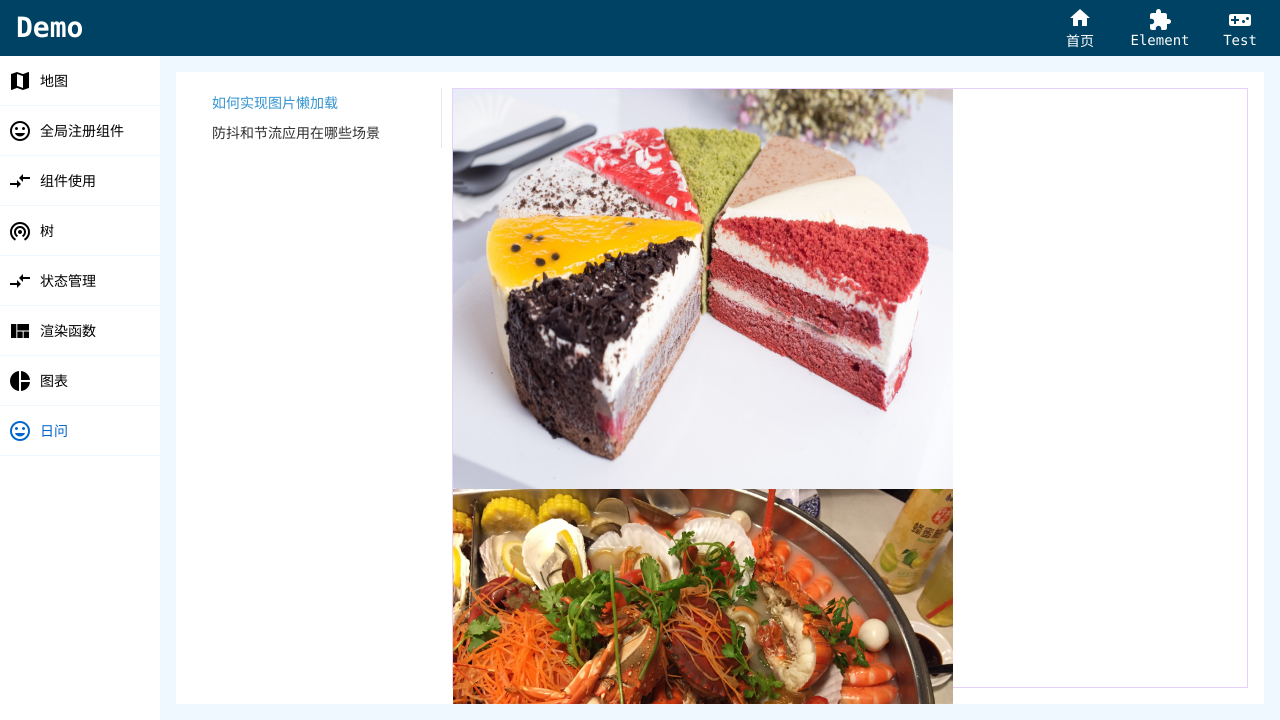
Repository: zh-webliker/element-vue
Page: /lazyLoadingInmg
An editor plug-in stored every save of this project. The page is shown before and after the next save, followed by the edit.
The browser window is 1280 px wide. The pictures show the whole page.
An inner scrolling area shows only its first screen. The project was rebuilt for these pictures with package versions that can differ from the ones it lists, and the page was loaded fresh each time. Also part of the build but not shown: vue.config.js, src/components/baseComponts/Basebutton.vue, src/components/baseComponts/Basetitle.vue. Imported but missing from the stored project, and not drawn on this page: src/json/contour, src/json/hl.

Above is the page before, as saved 2020-10-09 16:19:50.

### public/index.html
<!DOCTYPE html>
<html lang="en">
  <head>
    <meta charset="utf-8">
    <meta http-equiv="X-UA-Compatible" content="IE=edge">
    <meta name="viewport" content="width=device-width,initial-scale=1.0">
    <link rel="icon" href="<%= BASE_URL %>favicon.ico">
    <title>demo</title>

  </head>
  <body>
    <noscript>
      <strong>We're sorry but demo doesn't work properly without JavaScript enabled. Please enable it to continue.</strong>
    </noscript>
    <div id="app"></div>
    <!-- built files will be auto injected -->
  </body>
</html>

### src/main.js
import Vue from 'vue'
import App from './App.vue'
import router from './router'
import store from './store/store'

import './style/style.scss'
import 'material-icons'

/***
 * 初始化axios
 * https://www.kancloud.cn/yunye/axios/234845
 */
import axios from 'axios'
axios.defaults.baseURL = process.env.NODE_ENV === 'production' ? '/' : '/api';
axios.defaults.headers.withCredentials = true;
Vue.prototype.$axios = axios;

// import './style/test.scss'

/**
 * element
 * */
import Element from 'element-ui'
import './style/element-variables.scss'
Vue.use(Element);


Vue.config.productionTip = false;

// import upperFirst from 'lodash/upperFirst'
// import camelCase from 'lodash/camelCase'

// const requireComponent = require.context(
//   // 其组件目录的相对路径
//   // '../src/components/baseComponts',
//   './components/baseComponts',
//   // 是否查询其子目录
//   false,
//   // 匹配基础组件文件名的正则表达式
//   /Base[A-Z]\w+\.(vue|js)$/
// )
// console.log(requireComponent.keys())
// requireComponent.keys().forEach(fileName => {
//   // 获取组件配置
//   const componentConfig = requireComponent(fileName)
//   // 这个地方直接传入filename其实就是内部会调用了resolve方法，会返回对应的文件内容（不理解可以console一下看看）
//   // 获取组件的 PascalCase 命名
//   const componentName = upperFirst(
//     camelCase(
//       // 获取和目录深度无关的文件名
//       fileName
//         .split('/')
//         .pop()
//         .replace(/\.\w+$/, '')
//     )
//   )

//   // 全局注册组件
//   Vue.component(
//     componentName,
//     // 如果这个组件选项是通过 `export default` 导出的，
//     // 那么就会优先使用 `.default`，
//     // 否则回退到使用模块的根。
//     componentConfig.default || componentConfig
//   )
// })
import Basebutton from './components/baseComponts/Basebutton.vue'
import Basetitle from './components/baseComponts/Basetitle.vue'
Vue.component('Basebutton', Basebutton)
Vue.component('Basetitle', Basetitle)
new Vue({
  router,
  store,
  render: h => h(App)
}).$mount('#app');

### src/App.vue
<template>
  <div id="app">

    <!--header标签和下面的nav标签，是H5新增的标签，相当于有语义的div-->
    <header class="header">

      <h1>{{appName}}</h1>

      <nav>

        <!--router-link是vue自带组件，用于项目内跳转，会编译成a标签-->
        <router-link to="/Main">
          <i class="material-icons">home</i>
          <span>首页</span>
        </router-link>
        <router-link to="/Element">
          <i class="material-icons">extension</i>
          <span>Element</span>
        </router-link>

        <router-link to="/Test">
          <i class="material-icons">videogame_asset</i>
          <span>Test</span>
        </router-link>
        <!--<router-link to="/">
          <i class="material-icons">logout</i>
          <span>退出</span>
        </router-link>-->
      </nav>
    </header>

    <router-view/>

  </div>
</template>

<script>
  const appName = "Demo";

  export default ({
    name: "App",
    data(){
      return {
        appName
      }
    }
  })

</script>

<style lang="scss">

</style>

### src/router.js
import Vue from 'vue'
import Router from 'vue-router'

Vue.use(Router);

export default new Router({
  mode: 'history',
  routes: [
    {
      path: "/",
      redirect: "/Main"
    },
    {
      name: "Main",
      path: "/Main",
      component: ()=> import('./views/main/Main.vue'),
      children: [
        {
          path: "/",
          redirect: "/Main/Map"
        },
        {
          //在router-link跳转中，如果路由设置了name，也可以用name替代path
          name: "Map",
          path: "/Main/Map",
          component: ()=> import('./views/main/Map.vue')
        },
        {
          name: "Icon",
          path: "/Main/Icon",
          component: ()=> import('./views/main/Icon.vue')
        },
        {
          name: "Tree",
          path: "/Main/Tree",
          component: ()=> import('./views/main/Tree.vue')
        },
        {
          name: "Storage",
          path: "/Main/Storage",
          component: ()=> import('./views/main/Storage.vue')
        },
        {
          name: "Storage2",
          path: "/Main/Storage2",
          component: ()=> import('./views/main/Storage2.vue')
        },
        {
          name: "Deliver",
          path: "/Main/Deliver",
          component: ()=> import('./views/main/Deliver.vue')
        },
        {
          name: "Charts",
          path: "/Main/Charts",
          component: ()=> import('./views/main/Charts.vue')
        },
        {
          name: "dailyQuestion",
          path: "/dailyQuestion",
          component: ()=> import('./views/main/dailyQuestion.vue'),
          children: [
            {
              name: "lazyLoadingInmg",
              path: "/lazyLoadingInmg",
              component: ()=> import('./components/dailyQuestion/lazyLoadingInmg.vue')
            },
            {
              name: "debounce",
              path: "/debounce",
              component: ()=> import('./components/dailyQuestion/debounce.vue')
            },
          ]
        }
      ]
    },
    {
      name: "Element",
      path: "/Element",
      component: ()=> import('./views/element/ElementMain.vue'),
      children: [
        {
          path: "/",
          redirect: "/Element/Table"
        },
        {
          name: "Table",
          path: "/Element/Table",
          component: ()=> import('./views/element/Table.vue'),
        },
        {
          name: "Tab",
          path: "/Element/Tab",
          component: ()=> import('./views/element/Tab.vue'),
        },
        {
          name: "Form",
          path: "/Element/Form",
          component: ()=> import('./views/element/Form.vue'),
        },
        {
          name: "Tree",
          path: "/Element/Tree",
          component: ()=> import('./views/element/Tree.vue'),
        }
      ]
    },

    {
      name: "Test",
      path: "/Test",
      component: ()=> import('./views/test/Test.vue'),
      redirect: "/Test/Mixin",

      children:[
        {
          name: "Mixin",
          path: "/Test/Mixin",
          component: ()=> import('./views/test/mixins/Index.vue')
        },
        {
          name: "DraggableModule",
          path: "/Test/DraggableModule",
          component: ()=> import('./views/test/draggable/DraggableModule.vue')
        }
      ]
    },

    //把404页面放到最后匹配剩下的全部页面
    {
      name: "404",
      path: "*",
      component: ()=> import('./views/404.vue'),
    }

  ]
})

### src/store/store.js
import Vue from 'vue'
import Vuex from 'vuex'

import StorageStore from './StorageStore'

Vue.use(Vuex);

export default new Vuex.Store({
  state: {

  },
  mutations: {

  },
  actions: {

  },

  //引入模组store
  modules: {
    storage: StorageStore
  }
})

### src/style/style.scss


/*theme*/
$primaryColor: #0065cb;
$primaryTextColor: white;
$primaryBgColor: #004264;
$bgColor: white;

/*global*/
a {
  text-decoration: none;
  color: inherit;
}
.page {
  position: absolute;
  top: 56px;
  bottom: 0;
  left: 0;
  right: 0;
  background-color: aliceblue;
}


/*body*/
body{
  padding: 0; margin: 0;
  font-family: 'Consolas', 'Microsoft YaHei UI';
  font-size: 14px;
}

/*header*/
header {
  background-color: $primaryBgColor;
  color: $primaryTextColor;
  padding: 0 16px;
  position: relative;
  height: 56px;

  h1 {
    margin: 0;
    line-height: 56px;
  }

  nav {
    position: absolute;
    right: 0;
    top: 0;
    height: 100%;
    cursor: pointer;
    display: flex;
    justify-content: center;

    a {
      display: inline-flex;
      width: 80px;
      height: 100%;
      justify-content: center;
      flex-direction: column;
      text-align: center;

      &:hover{
        background-color: rgba(255,255,255,0.1);
      }

      &.router-link-active{
        background-color: rgba(255,255,255,0.4);
      }
    }
  }
}

/*left navbar*/
.left-nav {
  position: absolute;
  width: 160px;
  top: 0;
  bottom: 0;
  left: 0;
  background-color: white;
  //color: $primaryTextColor;


  a {
    position: relative;
    display: flex;
    width: 100%;
    height: 50px;
    cursor: pointer;

    &:hover{
      //background-color: rgba(100,100,100,0.1);
      color: rgb(100,100,100);
    }
    &.router-link-active{
      //background-color: rgba(0,0,0,0.1);
      color: $primaryColor;
    }
    &:after{
      content: "";
      position: absolute;
      bottom: 0;
      width: 100%;
      height: 1px;
      //transform: scaleY(0.5);
      background-color: aliceblue;
    }

    i {
      line-height: 50px;
      width: 40px;
      text-align: center;
      font-size: 24px;
    }
    span {
      line-height: 50px;
      font-size: 14px;
    }

  }
}


.page-content {
  position: absolute;
  left: 160px;
  top: 0;
  bottom: 0;
  right: 0;
  //background-color: aliceblue;
  margin: 16px;
  padding: 16px;
  background-color: white;
  overflow-y: auto;
  overflow-x: auto;

  article{
    padding-bottom: 80px;
  }
}

### src/style/element-variables.scss
/* 改变主题色变量 */
// $--color-primary: #00806a;
$--color-primary: rgb(51, 147, 207);
// $--color-danger:pink;
/* 改变 icon 字体路径变量，必需 */
$--font-path: '~element-ui/lib/theme-chalk/fonts';

@import "~element-ui/packages/theme-chalk/src/index";

.el-main>div:nth-child(2){
  padding: 16px;
}

### src/views/main/Main.vue
<template>
  <div class="page">

    <nav class="left-nav">
      <router-link to="Map">
        <i class="material-icons">map</i>
        <span>地图</span>
      </router-link>
      <router-link to="Icon">
        <i class="material-icons">insert_emoticon</i>
        <span>全局注册组件</span>
      </router-link>
      <router-link to="Storage2">
        <i class="material-icons">compare_arrows</i>
        <span>组件使用</span>
      </router-link>
      <router-link to="Tree">
        <i class="material-icons">wifi_tethering</i>
        <span>树</span>
      </router-link>
      <router-link to="Storage">
        <i class="material-icons">compare_arrows</i>
        <span>状态管理</span>
      </router-link>
      <router-link to="Deliver">
        <i class="material-icons">view_quilt</i>
        <span>渲染函数</span>
      </router-link>
      <router-link to="Charts">
        <i class="material-icons">pie_chart</i>
        <span>图表</span>
      </router-link>
      <router-link to="lazyLoadingInmg">
        <i class="material-icons">insert_emoticon</i>
        <span>日问</span>
      </router-link>
    </nav>

    <div class="page-content">
      <router-view/>
    </div>
  </div>
</template>

<script>
  export default {
    name: "Main"
  }
</script>

<style scoped>

</style>

### src/views/main/dailyQuestion.vue
<template>
  <div class="dailyQuestionPage">
    <nav class="leftNav">
      <el-menu :default-active="isActive" router>
        <el-menu-item v-for='i in menu' :key='i.id' :index="i.url">{{i.title}}</el-menu-item>
      </el-menu>
    </nav>
    <div class="rightContent">
      <router-view></router-view>
    </div>
  </div>
</template>

<script>
export default {
  name: 'dailyQuestion',
  data () {
    return {
      menu: [
        {title: '如何实现图片懒加载', url: '/lazyLoadingInmg' , id: '1'},
        {title: '防抖和节流应用在哪些场景', url: '/debounce', id: '2'}
      ],
    }
  },
  computed: {
    isActive () {
      console.log(this.$route.name)
      if (this.$route.name === 'dailyQuestion') {
        return '/lazyLoadingInmg'
      } else {
        return this.$route.path
      }
    }
  }
}
</script>

<style lang='scss' scoped>
.dailyQuestionPage {
  display: flex;
  height: 100%;
  .leftNav {
    width: 250px;
    height: 100%;
    // background: rgb(252, 253, 201);
    margin-right: 10px;
    .el-menu-item {
      height: 30px;
      line-height: 30px;
    }
  }
  .rightContent {
    flex: 1 1 auto;
    // min-width: 300px;
    border: 1px solid rgb(231, 209, 252);
  }
}
</style>

### src/components/dailyQuestion/lazyLoadingInmg.vue
<template>
  <div class="lazyLoadingInmgPage">
    <!-- <el-scrollbar style="height: 100%;"> -->
      <div class="father">
        <div v-for="(i, index) in imgArray" :key="index" class="imgbox">
          <img :src="i.url">
        </div>
      </div>
    <!-- </el-scrollbar> -->
  </div>
</template>

<script>
import _ from 'lodash'
export default {
  name: 'lazyLoadingInmg',
  data () {
    return {
      imgArray: [
        {url: require('../../assets/photos/1.jpeg')},
        {url: require('../../assets/photos/2.jpg')},
        {url: require('../../assets/photos/3.jpg')},
        {url: require('../../assets/photos/1.jpeg')},
        {url: require('../../assets/photos/2.jpg')},
        {url: require('../../assets/photos/3.jpg')},
        // 加require 因为在动态加载图片时，webpack会把图片当成模块处理，所以url-loader无法解析图片地址
        // npm run serve / build 后导致图片路径没有进行处理
      ]
    }
  },
  mounted () {
    const imgbox = document.getElementsByClassName('father')[0]
    console.log(imgbox.addEventListener('scroll', this.updatePosition))
    // imgbox.addEventListener('click', this.updatePosition)
    imgbox.addEventListener('scroll', _.throttle(this.updatePosition, 100))
    imgbox.addEventListener('scroll', this.updatePosition)

  },
  methods: {
    updatePosition () {
      console.log(123)
    }
  }
}
</script>

<style lang='scss' scoped>
.lazyLoadingInmgPage {
  height: 100%;
  .el-scrollbar__wrap{
    overflow-y: scroll;
    overflow-x: hidden !important;
  }
  .father {
    height: 2400px;
  }
  .imgbox {
    width: 500px;
    height: 400px;
    img {
      display: block;
      width: 100%;
      height: 100%;
    }
  }
}
</style>

### src/store/StorageStore.js

//vuex store 模块
//https://vuex.vuejs.org/zh/guide/modules.html

export default {

  //开启命名空间
  namespaced: true,

  //状态
  state: {
    "storageText": "请输入一些文字",
    "storageTime": 0
  },

  //set操作
  mutations: {
    setText: (state, text)=> state.storageText = text,
    setTime: (state, time)=> state.storageTime = time
  },

  //批量操作，可以执行异步
  actions: {
    setStorage(context, obj){
      context.commit('setText', obj.text);
      context.commit('setTime', obj.time);
    }
  },

  //get操作
  getters:{
    getText(state) {
      return state.storageText;
    },
    getTime(state) {
      return state.storageTime;
    },
    getNextTime(state){
      return state.storageTime + 60;
    }
  }
}

After the next save:
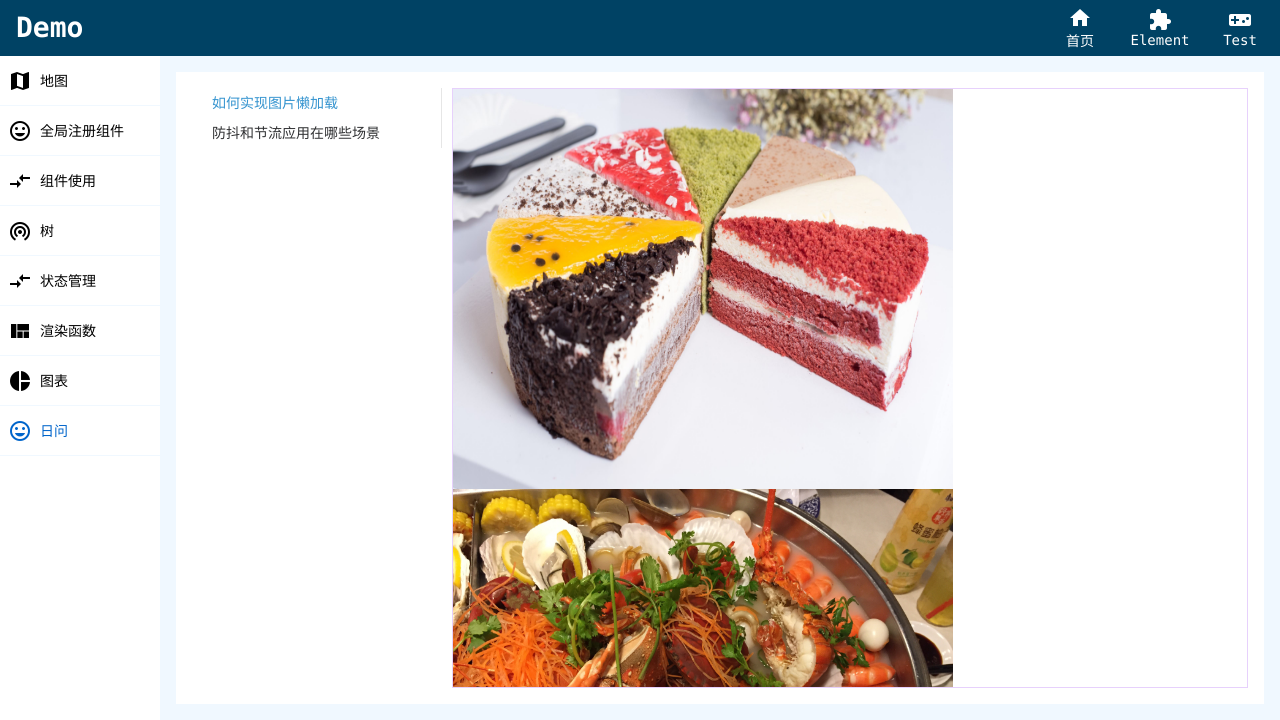
Saved 36 s later.
--- a/src/components/dailyQuestion/lazyLoadingInmg.vue
+++ b/src/components/dailyQuestion/lazyLoadingInmg.vue
@@ -1,12 +1,12 @@
 <template>
   <div class="lazyLoadingInmgPage">
-    <!-- <el-scrollbar style="height: 100%;"> -->
+    <el-scrollbar style="height: 100%;">
       <div class="father">
         <div v-for="(i, index) in imgArray" :key="index" class="imgbox">
           <img :src="i.url">
         </div>
       </div>
-    <!-- </el-scrollbar> -->
+    </el-scrollbar>
   </div>
 </template>
 
